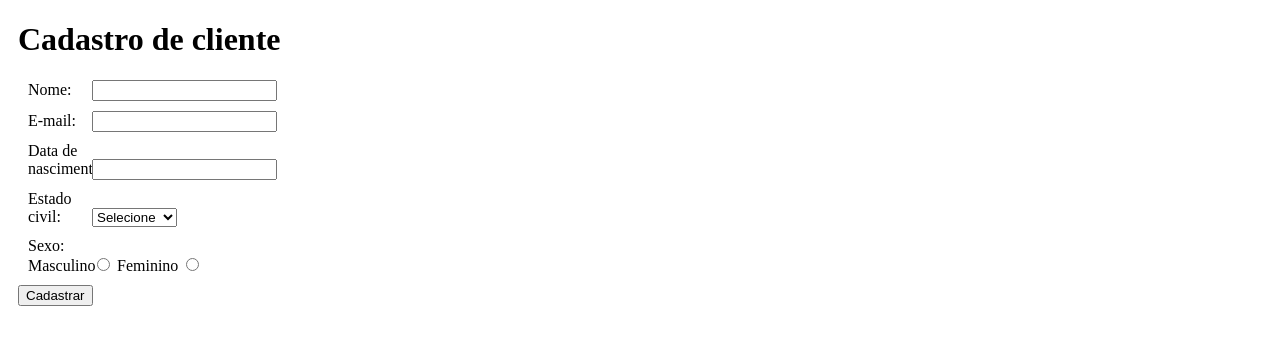
Repository: shamanickCoder/FIAP
Page: Desenvolvimentos de Sistemas Web/1 semestre/Javascript/15-Javascript/WebContent/cadastroCliente.html
These files come from the project's save history. The page is drawn as it stood at one moment and after the next save; the edit follows.
The browser window is 1280 px wide. The pictures show the whole page.

Above is the page before, as saved 2016-04-27 11:38:10.

After the next save:
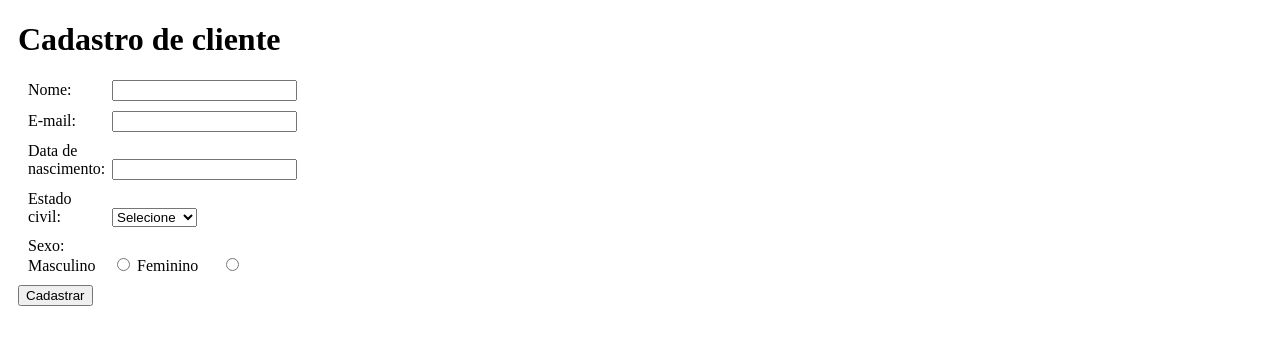
Saved 10 s later.
--- a/Desenvolvimentos de Sistemas Web/1 semestre/Javascript/15-Javascript/WebContent/cadastroCliente.html
+++ b/Desenvolvimentos de Sistemas Web/1 semestre/Javascript/15-Javascript/WebContent/cadastroCliente.html
@@ -8,7 +8,7 @@
   margin: 10px;
  }
  label{
-  width:60px;
+  width:80px;
   display: inline-block;
  }
 </style>
